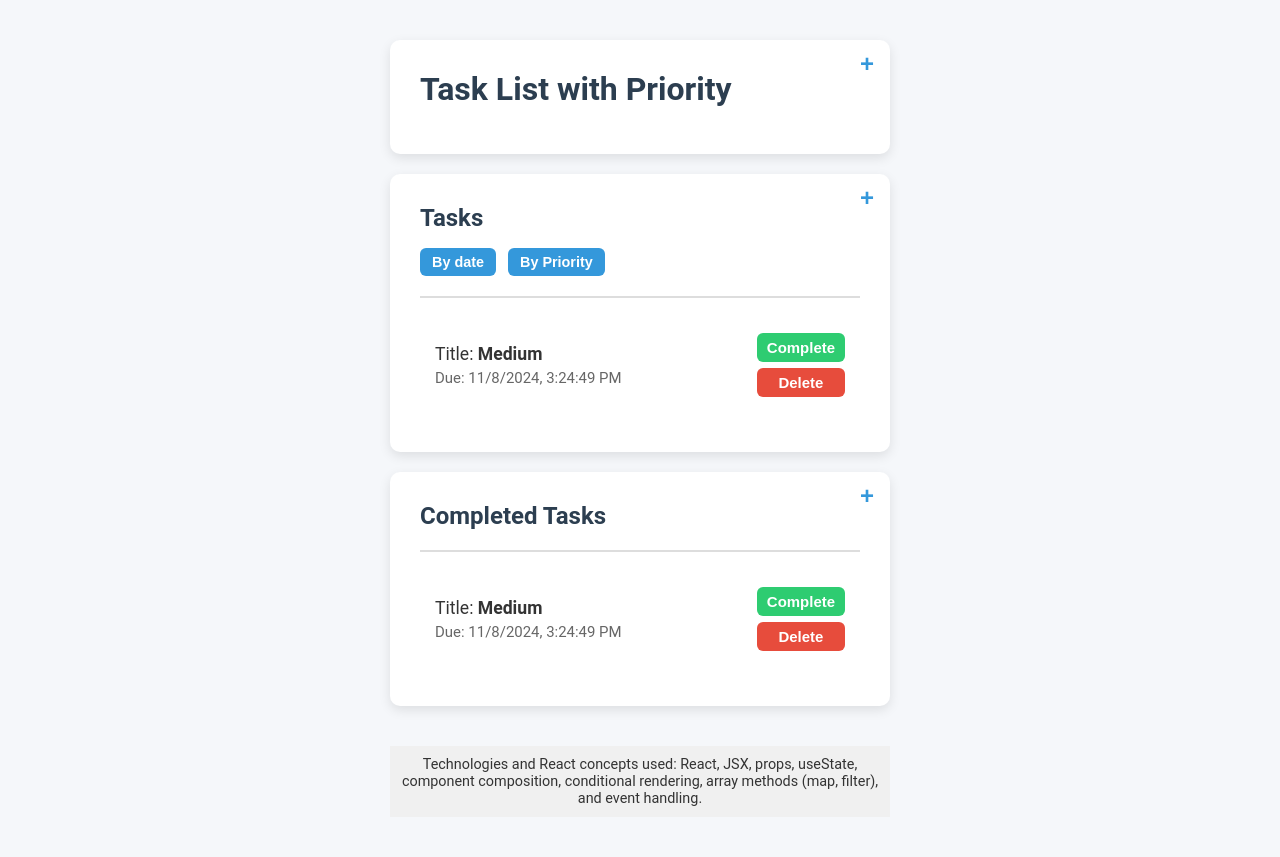
Repository: Lithium87/TaskList
Page: /
The author's editor kept a copy of each file at every save. The page is drawn from the files as they stood at one save, then again after the next save.
The browser window is 1280 px wide. The pictures show the whole page.
The project was rebuilt for these pictures with package versions that can differ from the ones it lists, and the page was loaded fresh each time. Also part of the build but not shown: vite.config.js.

Above is the page before, as saved 2025-07-08 17:37:29.

### src/index.css
/* General app styles */
* {
  box-sizing: border-box;
  margin: 0;
  padding: 0;
}

body {
  font-family: "Roboto", sans-serif;
  background-color: #f5f7fa;
  display: flex;
  justify-content: center;
  align-items: flex-start;
  min-height: 100vh;
  padding: 40px;
  color: #333;
}

.app {
  display: flex;
  flex-direction: column;
  gap: 20px;
  max-width: 500px;
  width: 100%;
}

/* Main container for current tasks and completed tasks */
.task-container,
.completed-task-container {
  position: relative;
  background-color: #ffffff;
  border-radius: 10px;
  box-shadow: 0 4px 12px rgba(0, 0, 0, 0.1);
  padding: 30px;
}

/* Headings */
h1,
h2 {
  color: #2c3e50;
  margin-bottom: 16px;
}

/* Completed Task toggle button */
.completed-header {
  display: flex;
  align-items: center;
  justify-content: space-between;
}

.toggle-button {
  background: none;
  border: none;
  cursor: pointer;
  font-size: 1.2em;
  color: #3498db;
  transition: transform 0.3s ease;
}

.toggle-button.open {
  transform: rotate(180deg);
}

/* Sort buttons container */
.sort-controls {
  display: flex;
  justify-content: start;
  align-items: center;
  gap: 12px;
  margin-bottom: 20px;
}

/* Close/open button for sections */
.close-button {
  background: none;
  border: none;
  font-size: 1.5em;
  font-weight: bold;
  color: #3498db;
  cursor: pointer;
  position: absolute;
  top: 10px;
  right: 16px;
  padding: 0;
  transition: color 0.3s, transform 0.3s ease;
}

.close-button.open {
  transform: rotate(135deg); /* Turns "×" into "+" */
  color: #2980b9;
}

.close-button:hover {
  color: #2980b9;
}

/* Sort buttons */
.sort-button {
  padding: 6px 12px;
  background-color: #3498db;
  border: none;
  color: white;
  font-size: 0.9em;
  font-weight: bold;
  border-radius: 6px;
  cursor: pointer;
  transition: background-color 0.3s;
}

.sort-button.active {
  background-color: #2980b9;
  font-weight: bold;
}

.sort-button:hover {
  background-color: #2980b9;
}

/* Task form styles */
.task-form {
  display: flex;
  flex-direction: column;
  align-items: center;
  margin-bottom: 20px;
  animation: fade-in 0.5s ease-in-out;
}

.task-form input[type="text"],
.task-form select,
.task-form input[type="datetime-local"] {
  margin: 0 0 16px 0;
  padding: 12px;
  border-radius: 8px;
  border: 1px solid #ced4da;
  width: 80%;
  font-size: 1em;
  transition: border 0.3s;
}

.task-form input:focus,
.task-form select:focus,
.task-form input[type="datetime-local"]:focus {
  outline: none;
  border-color: #3498db;
}

.task-form button {
  padding: 12px 24px;
  border: none;
  background-color: #2980b9;
  color: white;
  font-size: 1em;
  font-weight: bold;
  border-radius: 8px;
  cursor: pointer;
  transition: background-color 0.3s, transform 0.2s;
  width: 80%;
}

.task-form button:hover {
  background-color: #2980b9;
  transform: translateY(-2px);
}

/* Task list styles */
.task-list,
.completed-task-list {
  list-style-type: none;
  padding: 0;
  width: 100%;
}

/* Task item styles */
.task-item {
  padding: 15px;
  border-radius: 8px;
  display: flex;
  justify-content: space-between;
  align-items: center;
  margin: 10px 0;
  font-size: 1.1em;
  transition: transform 0.2s, opacity 0.3s;
  animation: fade-in 0.5s ease-in-out;
}

.task-item.high {
  background-color: #f8d7da;
  color: #721c24;
  border-left: 6px solid #f5c6cb;
}

.task-item.medium {
  background-color: #fff3cd;
  color: #856404;
  border-left: 6px solid #ffeeba;
}

.task-item.low {
  background-color: #d4edda;
  color: #155724;
  border-left: 6px solid #c3e6cb;
}

.task-item:hover {
  transform: scale(1.02);
}

.task-info {
  flex: 1;
  text-align: left;
}

/* Date text style */
.task-deadline {
  font-size: 0.85em;
  color: #666;
  margin-top: 5px;
}

/* Buttons container for vertical alignment */
.task-buttons {
  display: flex;
  flex-direction: column;
  gap: 6px;
}

/* Complete button */
.complete-button {
  padding: 6px 10px;
  background-color: #2ecc71;
  border: none;
  color: white;
  border-radius: 6px;
  font-size: 0.85em;
  font-weight: bold;
  cursor: pointer;
  transition: background-color 0.3s, transform 0.2s;
}

.complete-button:hover {
  background-color: #27ae60;
  transform: translateY(-2px);
}

/* Delete button */
.delete-button {
  padding: 6px 10px;
  background-color: #e74c3c;
  border: none;
  color: white;
  border-radius: 6px;
  font-size: 0.85em;
  font-weight: bold;
  cursor: pointer;
  transition: background-color 0.3s, transform 0.2s;
}

.delete-button:hover {
  background-color: #c0392b;
  transform: translateY(-2px);
}

/* Completed task item */
.task-item.completed {
  background-color: #e0f7df;
  color: #155724;
  border-left: 6px solid #a5d6a7;
  opacity: 0.9;
}

/* Animation for completed tasks */
.completed-task-list .task-item {
  animation: fade-in 0.5s ease-in-out;
}

@keyframes fade-in {
  from {
    opacity: 0;
    transform: translateY(-10px);
  }
  to {
    opacity: 1;
    transform: translateY(0);
  }
}

/* Completed task list container with smooth slide-down effect */
.completed-task-list-container {
  overflow: hidden;
  max-height: 0;
  opacity: 0;
  transition: max-height 0.5s ease, opacity 0.5s ease;
}

.completed-task-list-container.open {
  max-height: 500px; /* Adjust as needed */
  opacity: 1;
}

/* Completed task list section */
.completed-task-list,
.task-list {
  margin-top: 20px;
  padding-top: 10px;
  border-top: 2px solid #ddd;
}

.footer {
  text-align: center;
  margin-top: 20px;
  padding: 10px;
  background-color: #f0f0f0;
  font-size: 0.9em;
}

### src/App.jsx
import {useState} from 'react';

function App () {
  const [openSection, setOpenSection] = useState ({
    taskList: false,
    tasks: true,
    completedTasks: true,
  });

  const toggleSection = section => {
    setOpenSection (prev => ({
      ...prev,
      [section]: !prev[section],
    }));
  };

  return (
    <div className="app">
      <div className="task-container">
        <h1>Task List with Priority</h1>
        <button
          className="close-button"
          onClick={() => toggleSection ('taskList')}
        >
          +
        </button>
        {openSection.taskList && <TaskForm />}
      </div>

      <div className="task-container">
        <h2>Tasks</h2>
        <button
          className="close-button"
          onClick={() => toggleSection (openSection.tasks)}
        >
          +
        </button>
        <div className="sort-controls">
          <button className="sort-button">By date</button>
          <button className="sort-button">By Priority</button>
        </div>
        <TaskList />
      </div>

      <div className="completed-task-container">
        <h2>Completed Tasks</h2>
        <button
          className="close-button"
          onClick={() => toggleSection (openSection.completedTasks)}
        >
          +
        </button>
        <CompletedTaskList />
      </div>

      <Footer />
    </div>
  );
}

const TaskForm = () => {
  return (
    <form className="task-form">
      <input type="text" value={''} placeholder="Task title" required />
      <select value={''} required>
        <option value="" disabled>Select Priority</option>
        <option value="low">Low Priority</option>
        <option value="medium">Medium Priority</option>
        <option value="high">High Priority</option>
      </select>
      <input type="datetime-local" value={''} required />
      <button type="submit">Add Task</button>
    </form>
  );
};

const TaskList = () => {
  return (
    <ul className="task-list">
      <TaskItem title="Task 1" priority="low" dueDate="2023-10-01T10:00" />
    </ul>
  );
};

const TaskItem = () => {
  return (
    <li className="task-item">
      <div className="task-info">
        <div>
          Title: <strong>Medium</strong>
        </div>
        <div className="task-deadline">
          Due: {new Date ().toLocaleString ()}
        </div>
      </div>
      <div className="task-buttons">
        <button className="complete-button">Complete</button>
        <button className="delete-button">Delete</button>
      </div>
    </li>
  );
};

const CompletedTaskList = () => {
  return (
    <ul className="completed-task-list">
      <TaskItem />
    </ul>
  );
};

const Footer = () => {
  return (
    <footer className="footer">
      <p>
        Technologies and React concepts used: React, JSX, props, useState,
        component composition, conditional rendering,
        array methods (map, filter), and event handling.
      </p>
    </footer>
  );
};

export default App;

Loaded but not shown: src/main.jsx (common file)

After the next save:
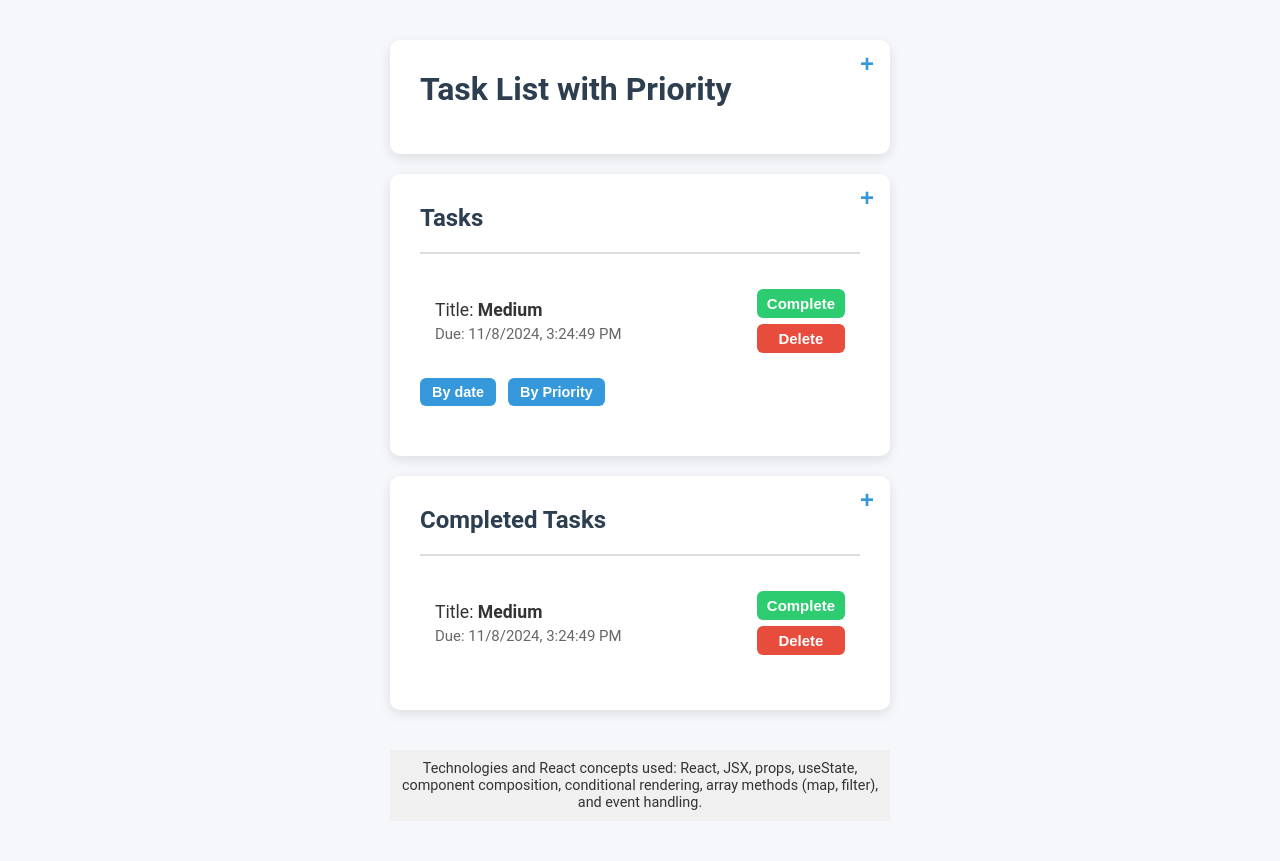
Saved 113 s later.
--- a/src/App.jsx
+++ b/src/App.jsx
@@ -31,26 +31,26 @@ function App () {
         <h2>Tasks</h2>
         <button
           className="close-button"
-          onClick={() => toggleSection (openSection.tasks)}
+          onClick={() => toggleSection ('tasks')}
         >
           +
         </button>
+        {openSection.tasks && <TaskList />}
         <div className="sort-controls">
           <button className="sort-button">By date</button>
           <button className="sort-button">By Priority</button>
         </div>
-        <TaskList />
       </div>
 
       <div className="completed-task-container">
         <h2>Completed Tasks</h2>
         <button
           className="close-button"
-          onClick={() => toggleSection (openSection.completedTasks)}
+          onClick={() => toggleSection ('completedTasks')}
         >
           +
         </button>
-        <CompletedTaskList />
+        {openSection.completedTasks && <CompletedTaskList />}
       </div>
 
       <Footer />
